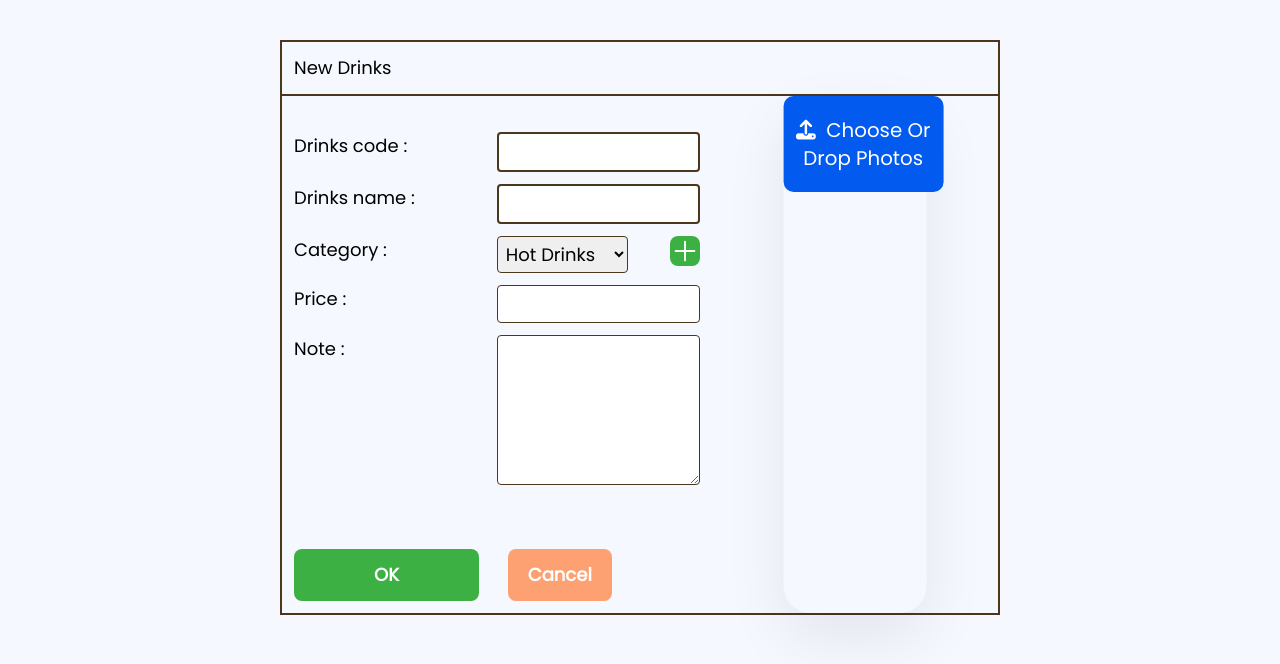
Repository: Dapravith/Midterm-SE-GIC-Cafe-Project-Group16
Page: src/main/resources/templates/addDrink.html
These files come from the project's save history. The page is drawn as it stood at one moment and after the next save; the edit follows.
The browser window is 1280 px wide. The pictures show the whole page.
Some web libraries are served in a nearby version.

Above is the page before, as saved 2023-05-16 22:48:57.

After the next save:
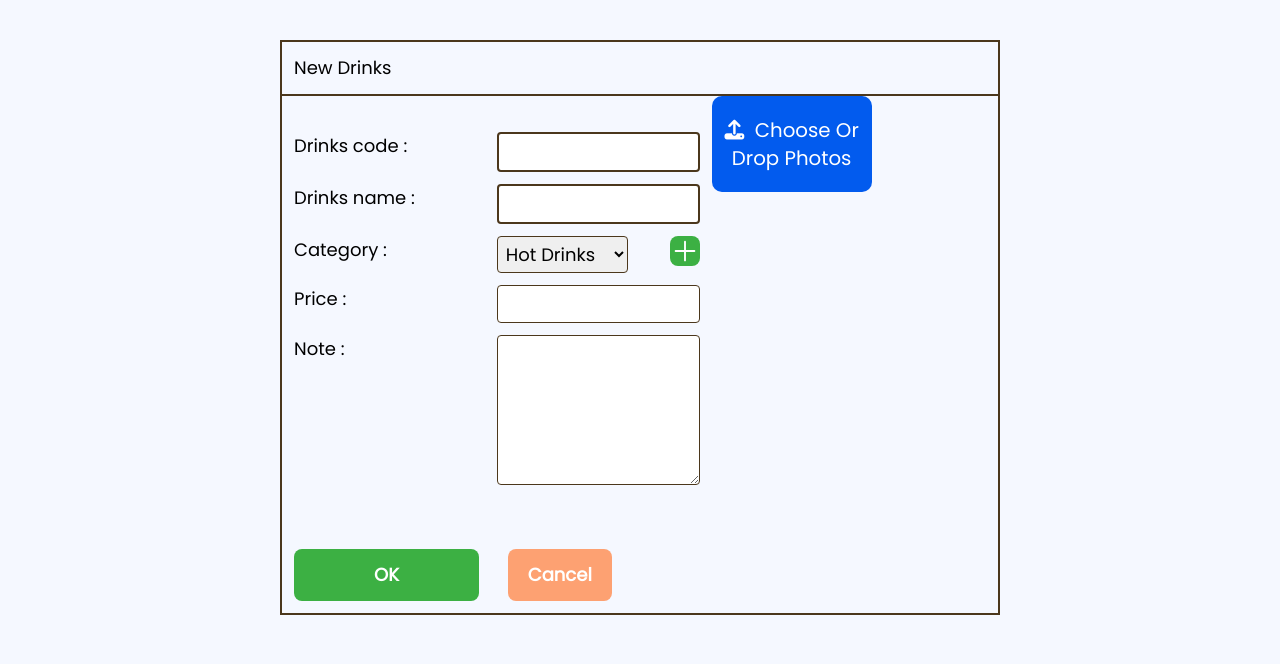
Saved 29 s later.
--- a/src/main/resources/templates/addDrink.html
+++ b/src/main/resources/templates/addDrink.html
@@ -31,10 +31,9 @@
         .images {
             width: 20%;
             position: static;
-            transform: translate(50%);
+            transform: translateZ(50%);
             left: 50%;
             right: 50%;
-            box-shadow: 0 1.35em 3.43em rgba(0, 0, 0, 0.08);
             border-radius: 1.5em;
         }
 
